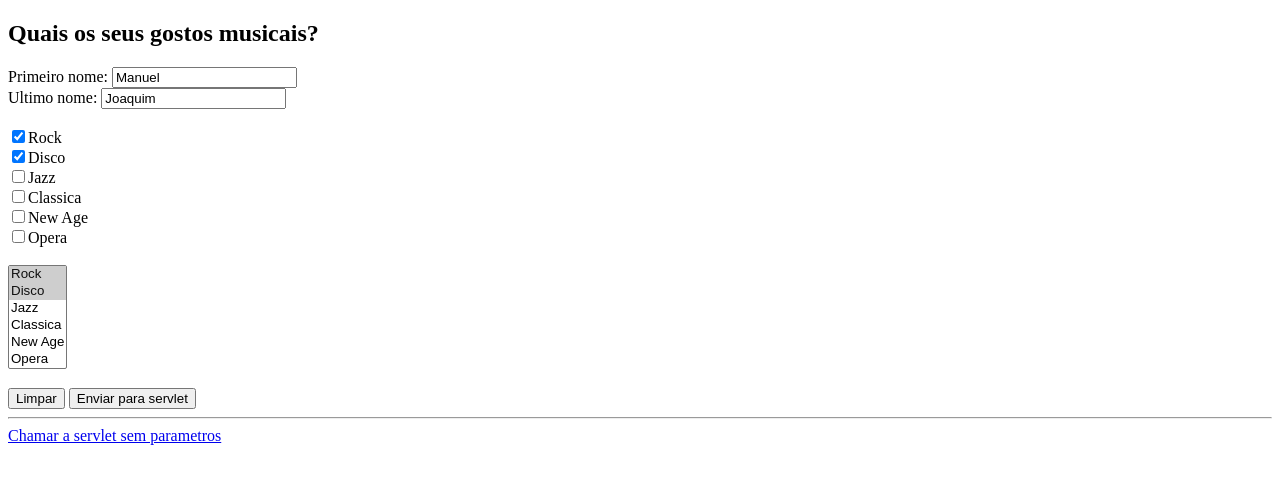
Repository: chuinga/JavaWebAppsDevelopment
Page: JavaWeb/src/main/webapp/AnalisarPedidoHTTP.html
The author's editor kept a copy of each file at every save. The page is drawn from the files as they stood at one save, then again after the next save.
The browser window is 1280 px wide. The pictures show the whole page.

Above is the page before, as saved 2024-06-29 13:51:48.

After the next save:
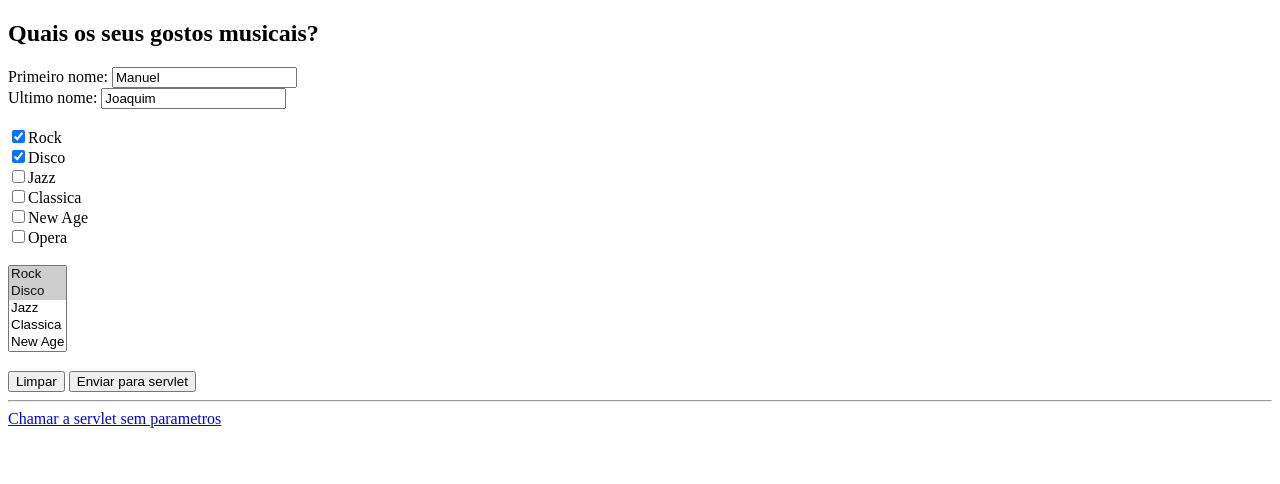
Saved 12 min 26 s later.
--- a/JavaWeb/src/main/webapp/AnalisarPedidoHTTP.html
+++ b/JavaWeb/src/main/webapp/AnalisarPedidoHTTP.html
@@ -18,7 +18,7 @@
         <input type="checkbox" name="checkboxMusica" value="New Age">New Age<br>
         <input type="checkbox" name="checkboxMusica" value="Opera">Opera<br>
         <br>
-        <select name="listaEscolhaMusica" multiple size="6">
+        <select name="listaEscolhaMusica" multiple size="5">
             <option value="Rock" selected>Rock</option>
             <option value="Disco" selected>Disco</option>
             <option value="Jazz" >Jazz</option>
